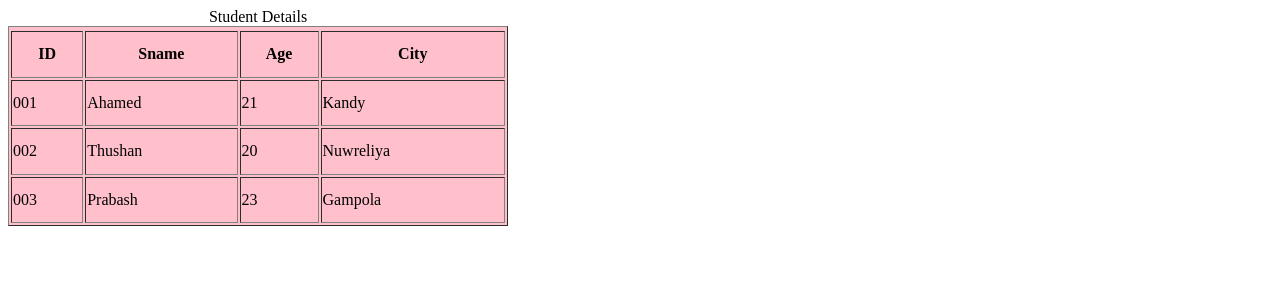
Repository: Haakim19/WebDevelopment
Page: new.html
An editor plug-in stored every save of this project. The page is shown before and after the next save, followed by the edit.
The browser window is 1280 px wide. The pictures show the whole page.

Above is the page before, as saved 2024-10-10 14:31:54.

After the next save:
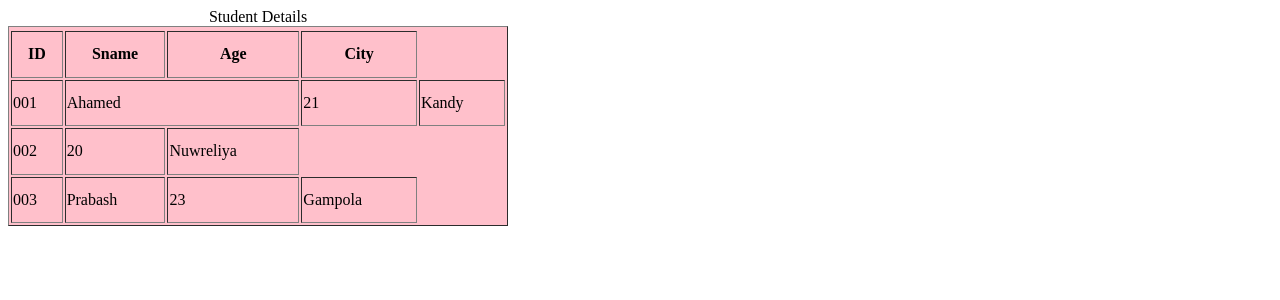
Saved 38 s later.
--- a/new.html
+++ b/new.html
@@ -21,13 +21,13 @@
 			</tr>
 			<tr class="row-data">
 				<td>001</td>
-				<td>Ahamed</td>
+				<td colspan="2">Ahamed</td>
 				<td>21</td>
 				<td>Kandy</td>
 			</tr>
 			<tr class="row-data">
 				<td>002</td>
-				<td>Thushan</td>
+
 				<td>20</td>
 				<td>Nuwreliya</td>
 			</tr>
